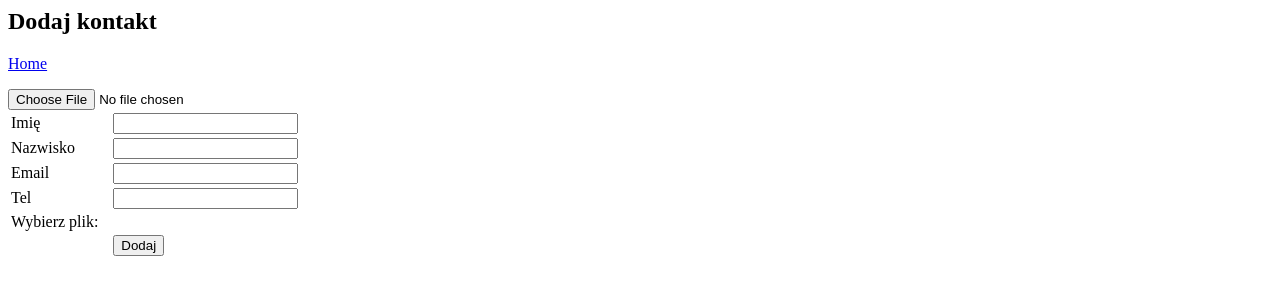
Repository: mkasus/crudCSV
Page: http://localhost/add.php
These files come from the project's save history. The page is drawn as it stood at one moment and after the next save; the edit follows.
The browser window is 1280 px wide. The pictures show the whole page.
The page is run by PHP 8.4 with error messages shown; the project is at /var/www/html/.

Above is the page before, as saved 2024-03-27 18:32:47.

### add.php
<html>
<head>
	<title>Dodaj kontakt</title>
</head>

<body>
	<h2>Dodaj kontakt</h2>
	<p>
		<a href="index.php">Home</a>
	</p>

	<form action="addAction.php" method="post" name="add" enctype="multipart/form-data">
		<table width="25%" border="0">
			<tr>
				<td>Imię</td>
				<td><input type="text" name="name"></td>
			</tr>
			<tr>
				<td>Nazwisko</td>
				<td><input type="text" name="lastName"></td>
			</tr>
			<tr>
				<td>Email</td>
				<td><input type="text" name="email"></td>
			</tr>
			<tr>
				<td>Tel</td>
				<td><input type="text" name="tel"></td>
			</tr>
			<tr>
			<td>
				<label for="myfile"> Wybierz plik:</label></td>
				<input type="file" id="myfile" name="file"></td>
			<td>
			</tr>
			<tr>
				<td></td>
				<td><input type="submit" name="submit" value="Dodaj"></td>
			</tr>
		</table>
	</form>
</body>
</html>

After the next save:
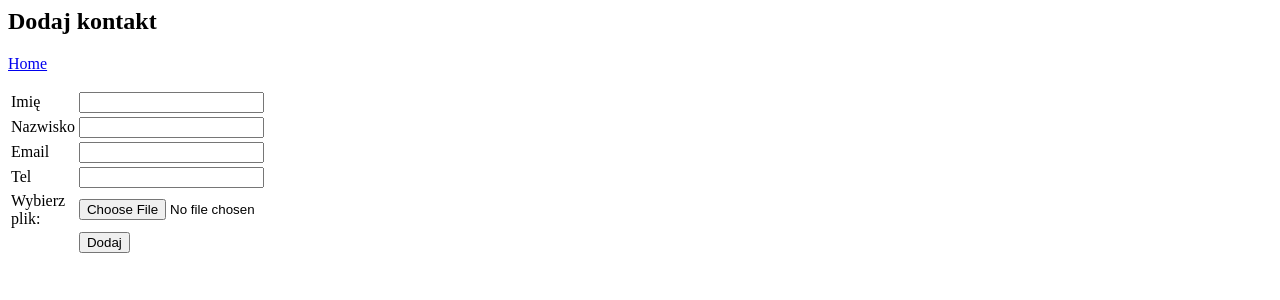
Saved 13 s later.
--- a/add.php
+++ b/add.php
@@ -30,8 +30,7 @@
 			<tr>
 			<td>
 				<label for="myfile"> Wybierz plik:</label></td>
-				<input type="file" id="myfile" name="file"></td>
-			<td>
+			<td>	<input type="file" id="myfile" name="file"></td>
 			</tr>
 			<tr>
 				<td></td>
